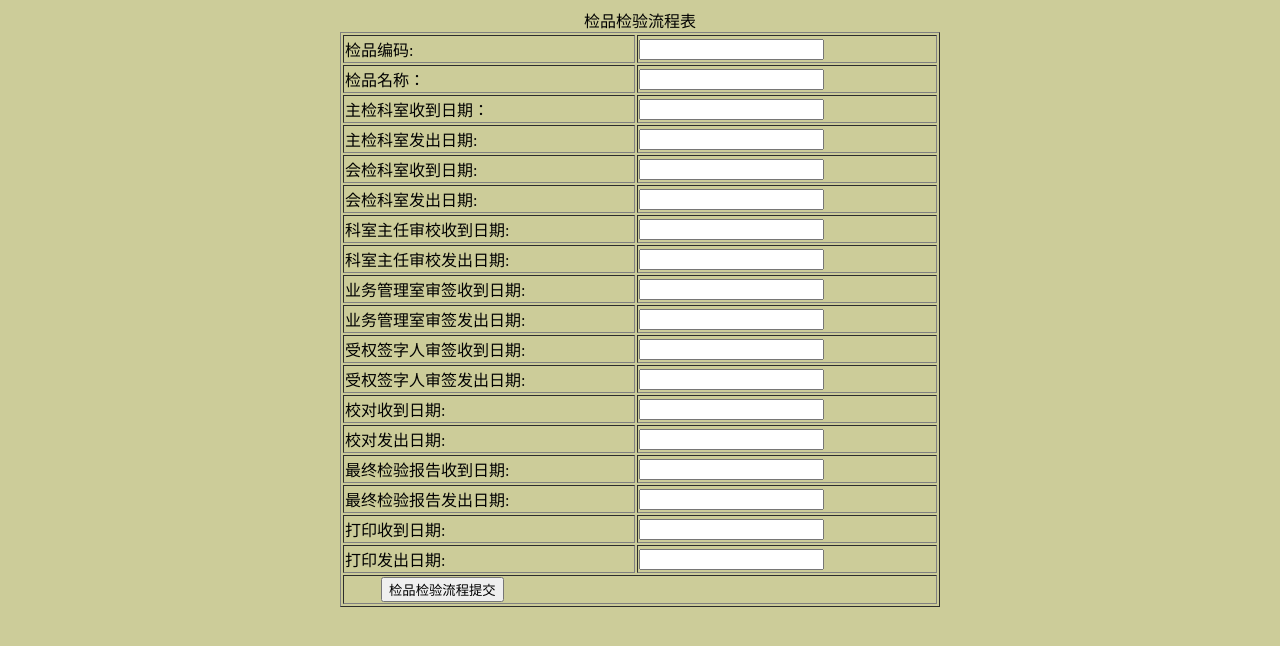
Repository: Shaoxubao/Java
Page: http://localhost/msm/jsp/final/sampleflow_final.jsp
The author's editor kept a copy of each file at every save. The page is drawn from the files as they stood at one save, then again after the next save.
The browser window is 1280 px wide. The pictures show the whole page.
The page is served by Tomcat 9. Nobody is signed in. The application's start-up code is not run. Other server files are loaded and not shown. The template is opened directly, without the code that normally fills it, so the values that code supplies are empty.

Above is the page before, as saved 2015-06-10 10:06:42.

### msm/WebContent/jsp/final/sampleflow_final.jsp
<%@ page language="java" contentType="text/html; charset=UTF-8"
    pageEncoding="UTF-8"%>
<%@ taglib prefix="sf" uri="http://www.springframework.org/tags/form"%>
<!DOCTYPE html PUBLIC "-//W3C//DTD HTML 4.01 Transitional//EN" "http://www.w3.org/TR/html4/loose.dtd">
<html>
<head>
<meta http-equiv="Content-Type" content="text/html; charset=UTF-8">
<title>检品检验流程表</title>
</head>
<body bgcolor="#CCCC99">
    <div align="center">检品检验流程表</div>
    <sf:form method="post" modelAttribute="sampleFlow">
        <table align="center" width="600" border="1">
            <tr>
                <td>检品编码:</td><td><sf:input path="sampleNo" /><sf:errors path="sampleNo"/></td>
            </tr>
            <tr>
                <td>检品名称：</td><td><sf:input path="sampleName" /><sf:errors path="sampleName"/></td>
            </tr>
            <tr>
                <td>主检科室收到日期：</td><td><sf:input path="mianRev" /><sf:errors path="mianRev"/></td>
            </tr>
            <tr>
                <td>主检科室发出日期:</td><td><sf:input path="mianSend" /><sf:errors path="mianSend"/></td>
            </tr>
            <tr>
                <td>会检科室收到日期:</td><td><sf:input path="secondRev" /><sf:errors path="secondRev"/></td>
            </tr>
            <tr>
                <td>会检科室发出日期:</td><td><sf:input path="secondSend" /><sf:errors path="secondSend"/></td>
            </tr>
            <tr>
                <td>科室主任审校收到日期:</td><td><sf:input path="zhurenRev" /><sf:errors path="zhurenRev"/></td>
            </tr>
            <tr>
                <td>科室主任审校发出日期:</td><td><sf:input path="zhurenSend" /><sf:errors path="zhurenSend"/></td>
            </tr>
            <tr>
                <td>业务管理室审签收到日期:</td><td><sf:input path="ywssqRev" /><sf:errors path="ywssqRev"/></td>
            </tr>
            <tr>
                <td>业务管理室审签发出日期:</td><td><sf:input path="ywssqSend" /><sf:errors path="ywssqSend"/></td>
            </tr>
            <tr>
                <td>受权签字人审签收到日期:</td><td><sf:input path="headRev" /><sf:errors path="headRev"/></td>
            </tr>
            <tr>
                <td>受权签字人审签发出日期:</td><td><sf:input path="headSend" /><sf:errors path="headSend"/></td>
            </tr>
             <tr>
                <td>校对收到日期:</td><td><sf:input path="jiaoduiRev" /><sf:errors path="jiaoduiRev"/></td>
            </tr>
            <tr>
                <td>校对发出日期:</td><td><sf:input path="jiaoduiSend" /><sf:errors path="jiaoduiSend"/></td>
            </tr>
             <tr>
                <td>最终检验报告收到日期:</td><td><sf:input path="fachuRev" /><sf:errors path="fachuRev"/></td>
            </tr>
            <tr>
                <td>最终检验报告发出日期:</td><td><sf:input path="fachuSend" /><sf:errors path="fachuSend"/></td>
            </tr>
             <tr>
                <td>打印收到日期:</td><td><sf:input path="printRev" /><sf:errors path="printRev"/></td>
            </tr>
            <tr>
                <td>打印发出日期:</td><td><sf:input path="printSend" /><sf:errors path="printSend"/></td>
            </tr>

            <tr>
              <td colspan="2">
                &nbsp;&nbsp;&nbsp;&nbsp;&nbsp;&nbsp;&nbsp;&nbsp;
                <input type="submit" name="add" value="检品检验流程提交"/>
              </td>
            </tr>

        </table>
    </sf:form>
</body>
</html>

After the next save:
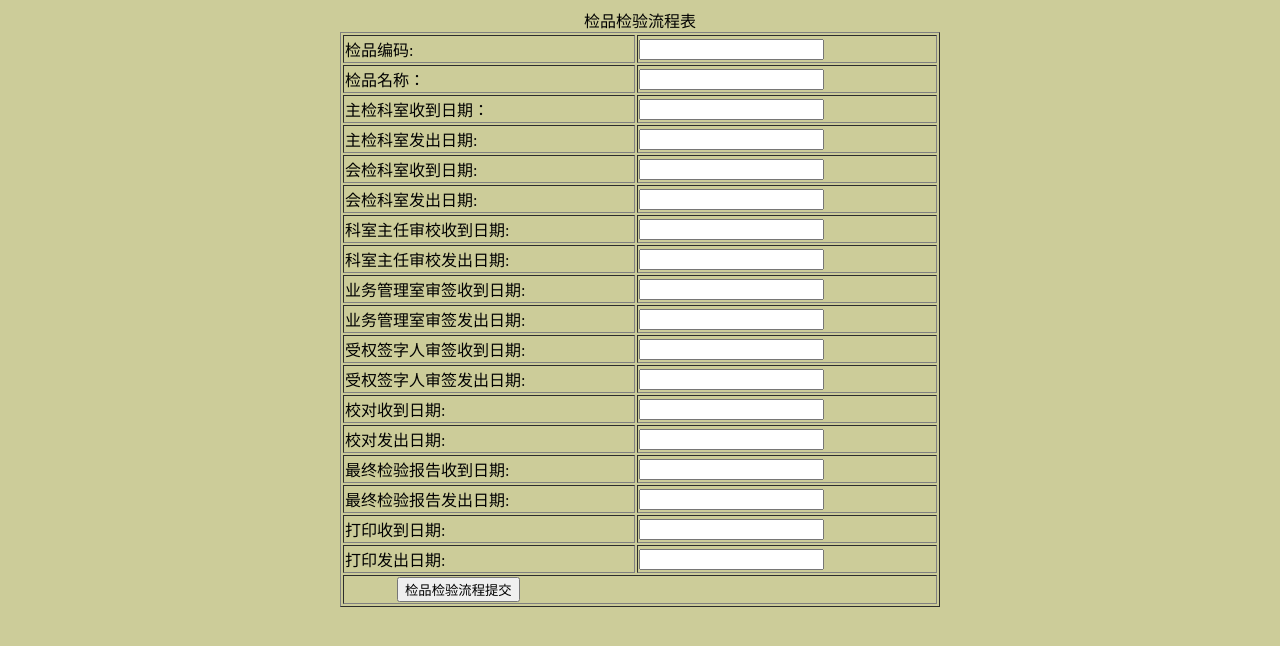
Saved 16 s later.
--- a/msm/WebContent/jsp/final/sampleflow_final.jsp
+++ b/msm/WebContent/jsp/final/sampleflow_final.jsp
@@ -68,7 +68,7 @@
 
             <tr>
               <td colspan="2">
-                &nbsp;&nbsp;&nbsp;&nbsp;&nbsp;&nbsp;&nbsp;&nbsp;
+                &nbsp;&nbsp;&nbsp;&nbsp;&nbsp;&nbsp;&nbsp;&nbsp;&nbsp;&nbsp;&nbsp;&nbsp;
                 <input type="submit" name="add" value="检品检验流程提交"/>
               </td>
             </tr>
